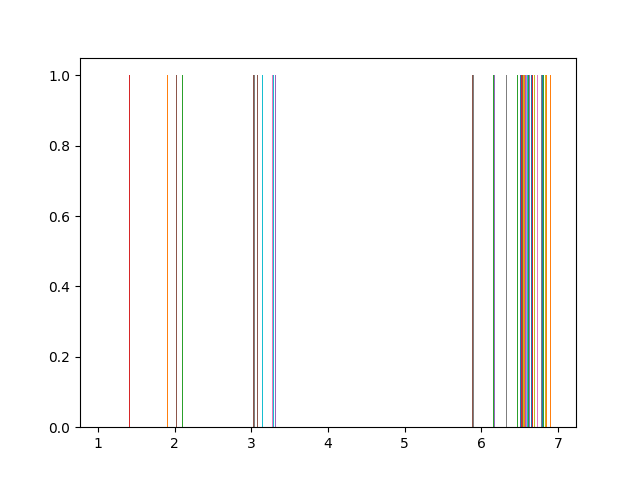
Repository: Rik-Fox/paavi
Script's output: python random_choices.py
The author's editor kept a copy of each file at every save. The script's output is drawn from the files as they stood at one save, then again after the next save.
Random numbers start from a fixed seed.

Above is the script's output before, as saved 2022-02-02 15:28:45.

### random_choices.py
import random
import matplotlib.pyplot as plt

x = [random.randint(1, 10) for i in range(5)]

samp = [random.choices(x, weights=x) for i in range(100)]
print(x)
print(samp)
plt.hist(samp, bins=10)
plt.show()

After the next save:
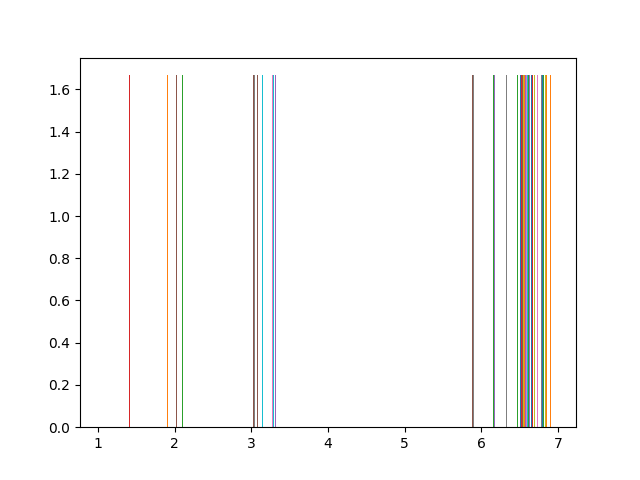
Saved 2 min 0 s later.
--- a/random_choices.py
+++ b/random_choices.py
@@ -6,5 +6,5 @@ x = [random.randint(1, 10) for i in range(5)]
 samp = [random.choices(x, weights=x) for i in range(100)]
 print(x)
 print(samp)
-plt.hist(samp, bins=10)
+plt.hist(samp, bins=10, density=True)
 plt.show()
